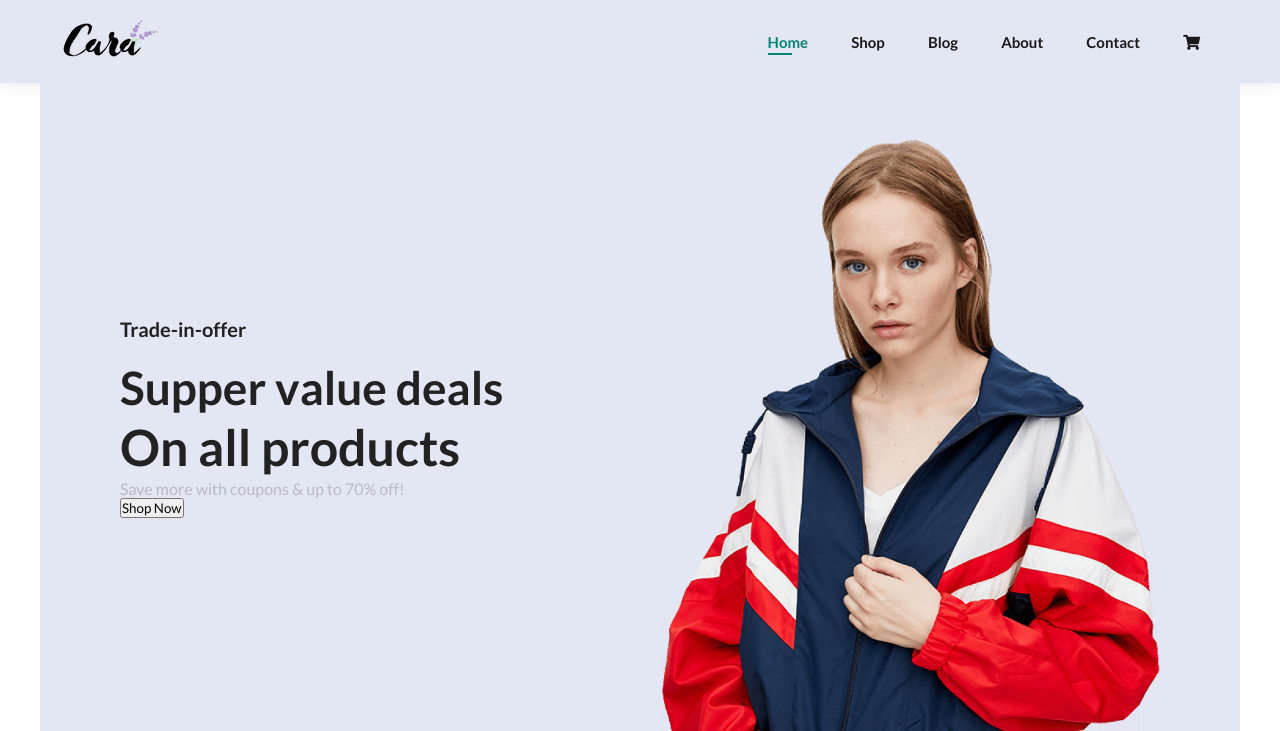
Repository: Nguyenductuan-dev/Website-Clothes
Page: index.html
An editor plug-in stored every save of this project. The page is shown before and after the next save, followed by the edit.
The browser window is 1280 px wide. The pictures show the whole page.

Above is the page before, as saved 2022-04-22 21:04:39.

After the next save:
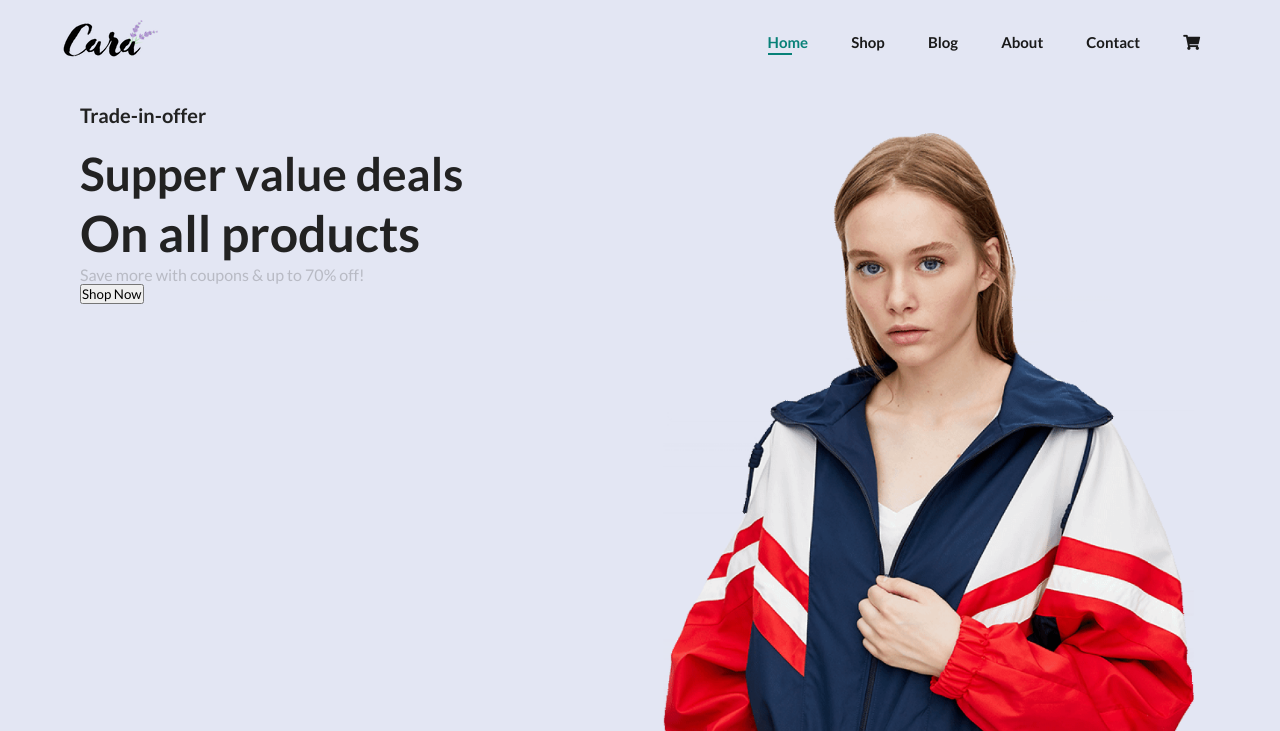
Saved 61 s later.
--- a/assets/css/style.css
+++ b/assets/css/style.css
@@ -80,13 +80,16 @@ body {
     left: 20px;
 }
 /* ================ BANNER =================== */
-.banner__container {
+.banner {
     background-image: url('../images/hero4.png');
     width: 100%;
     height: 90vh;
     background-position: top 25% right 0;
     background-size: cover;
     padding: 0 80px;
+}
+.banner__container {
+
     display: flex;
     flex-direction: column;
     align-items: flex-start;
